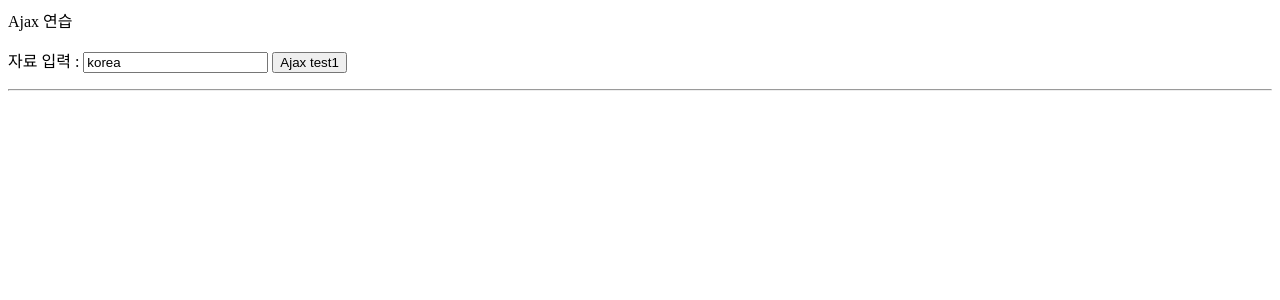
Repository: Jong-hp/Python
Page: django10_ajax/myapp/templates/abc.html
These files come from the project's save history. The page is drawn as it stood at one moment and after the next save; the edit follows.
The browser window is 1280 px wide. The pictures show the whole page.

Above is the page before, as saved 2022-10-20 01:44:27.
Console error (its wording comes from the project's code and is left out).

After the next save:
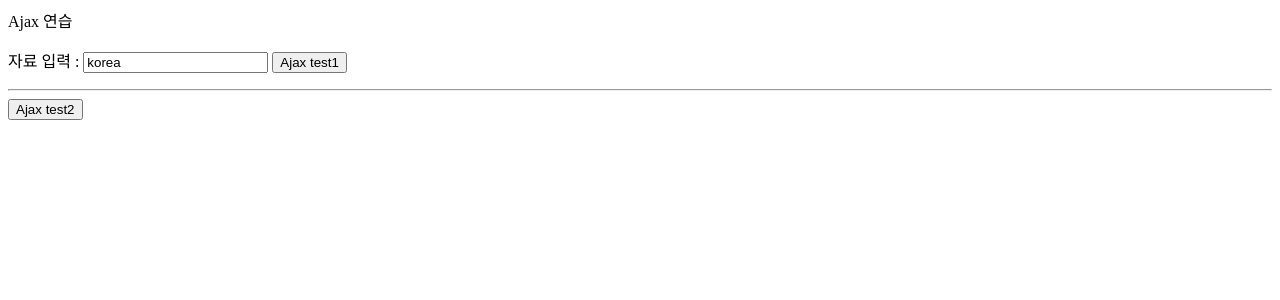
Saved 40 s later.
--- a/django10_ajax/myapp/templates/abc.html
+++ b/django10_ajax/myapp/templates/abc.html
@@ -16,6 +16,6 @@ Ajax 연습<p/>
 <br>
 <div id="showData1"></div>
 <hr>
-
+<button id="btn2">Ajax test2</button>
 </body>
 </html>
